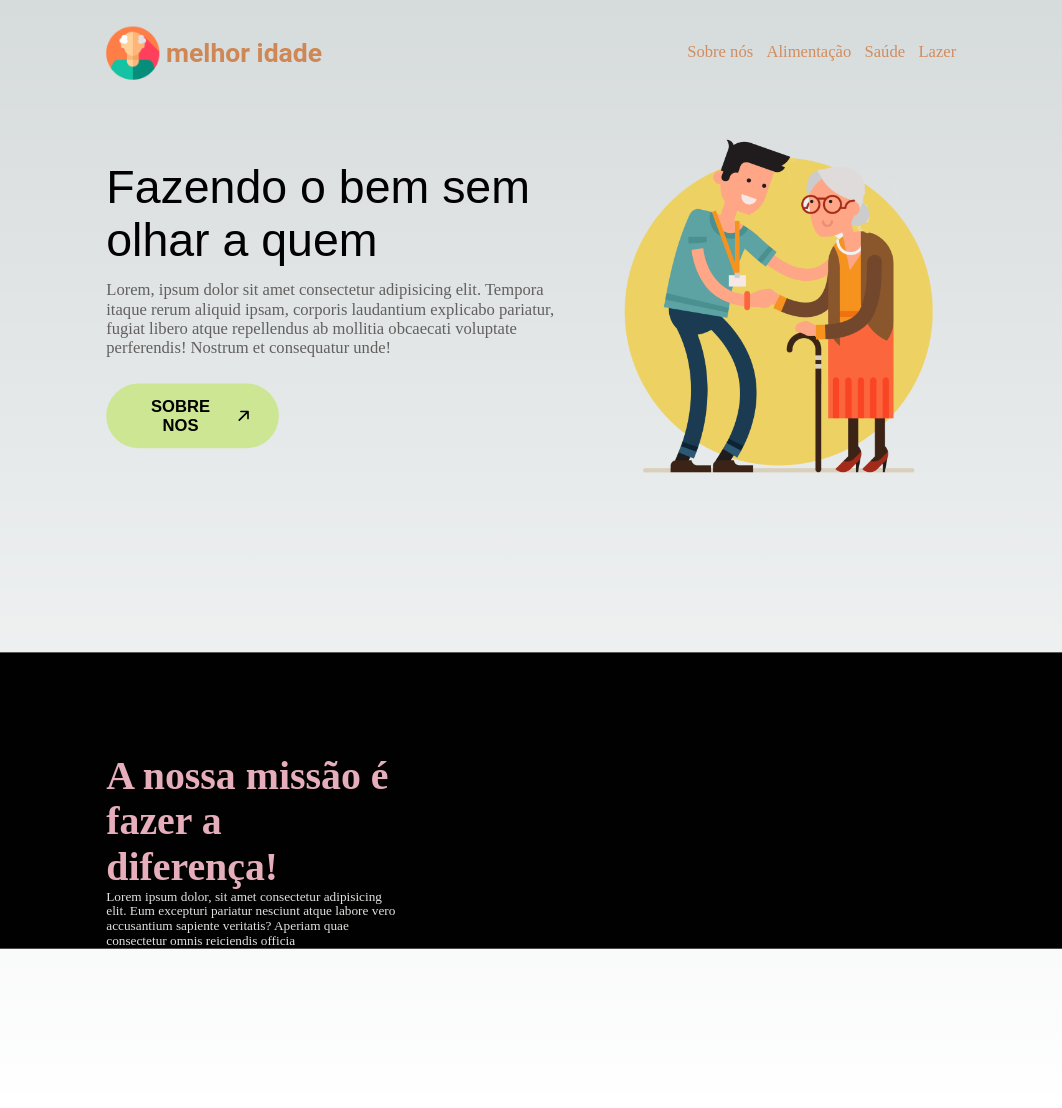
Repository: Giopol12/melhor-idade-online
Page: /index.page
The author's editor kept a copy of each file at every save. The page is drawn from the files as they stood at one save, then again after the next save.
The browser window is 1280 px wide. The pictures show the whole page, at 83% of full size.
The project was rebuilt for these pictures with package versions that can differ from the ones it lists, and the page was loaded fresh each time. The framework's server and built-in components were replaced by stand-ins that run in the browser. Also part of the build but not shown: next.config.js.

Above is the page before, as saved 2023-11-21 10:27:19.

After the next save:
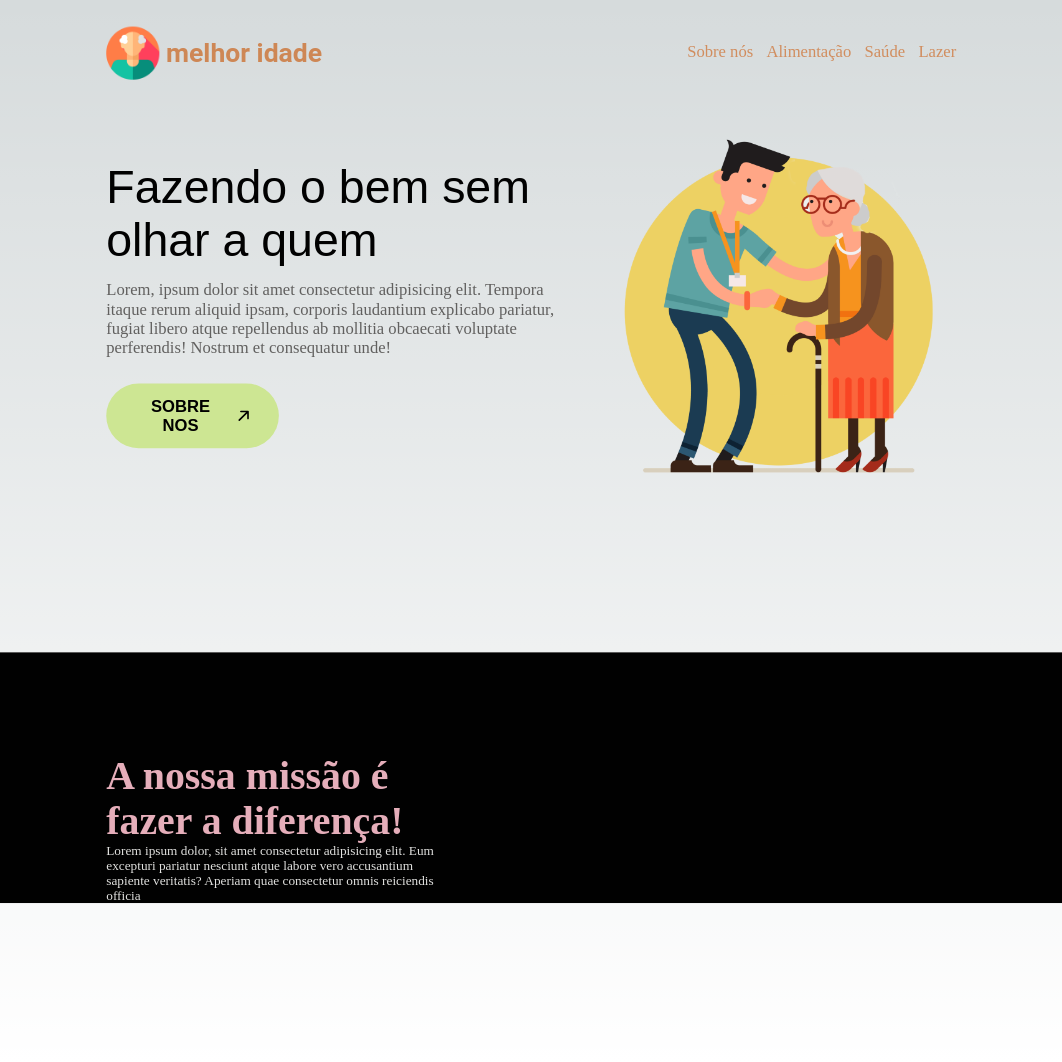
Saved 4 s later.
--- a/src/components/OurMission/styles.ts
+++ b/src/components/OurMission/styles.ts
@@ -10,7 +10,7 @@ export const OurMissionContentContainer = styled('div', {
   margin: '0 auto',
 })
 export const OurMissionTitleAndDescriptionContainer = styled('div', {
-  maxWidth: '22rem',
+  maxWidth: '25rem',
   h1: {
     color: '#E5AEBA',
     fontSize: '3rem',
